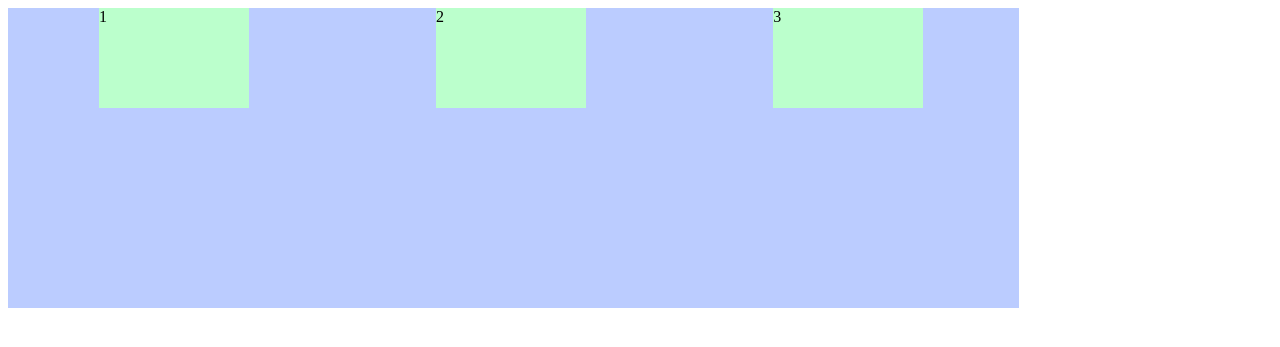
Repository: liutian97/learn1
Page: 移动端web开发/代码/2. Flex 伸缩布局/01-flex布局体验.html
These files come from the project's save history. The page is drawn as it stood at one moment and after the next save; the edit follows.
The browser window is 1280 px wide. The pictures show the whole page.

Above is the page before, as saved 2022-07-02 16:24:54.

### 移动端web开发/代码/2. Flex 伸缩布局/01-flex布局体验.html
<!DOCTYPE html>
<html lang="en">

<head>
  <meta charset="UTF-8">
  <meta http-equiv="X-UA-Compatible" content="IE=edge">
  <meta name="viewport" content="width=device-width, initial-scale=1.0">
  <title>Document</title>
  <style>
    div{
      width: 80%;
      height: 300px;
      background-color: #bcf;
      display: flex;
      justify-content:space-around
    }
    div span {
      width: 150px;
      height: 100px;
      margin-right: 5px;
      background-color: #bfc;
      fflext

    }
  </style>
</head>

<body>
  <div>
    <span>1</span>
    <span>2</span>
    <span>3</span>
  </div>
</body>

</html>



<!-- <!DOCTYPE html>
<html lang="en">

<head>
  <meta charset="UTF-8">
  <meta name="viewport" content="width=device-width, initial-scale=1.0">
  <meta http-equiv="X-UA-Compatible" content="ie=edge">
  <title>Document</title>
  <style>
    div {
      display: flex;
      width: 80%;
      height: 300px;
      background-color: pink;
      justify-content: space-around;
    }

    div span {
      /* width: 150px; */
      height: 100px;
      background-color: purple;
      margin-right: 5px;
      flex: 1;
    }
  </style>
</head>

<body>
  <div>
    <span>1</span>
    <span>2</span>
    <span>3</span>
  </div>
</body>

</html> -->

After the next save:
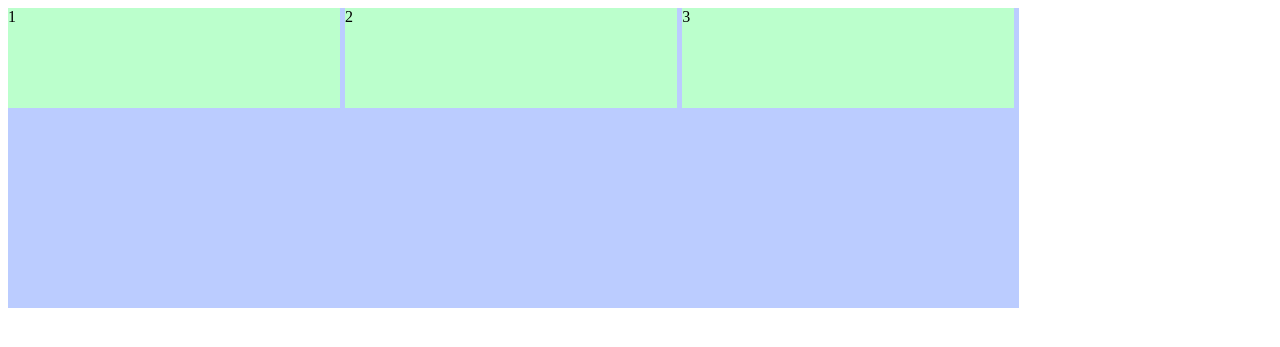
Saved 5 s later.
--- a/移动端web开发/代码/2. Flex 伸缩布局/01-flex布局体验.html
+++ b/移动端web开发/代码/2. Flex 伸缩布局/01-flex布局体验.html
@@ -7,19 +7,20 @@
   <meta name="viewport" content="width=device-width, initial-scale=1.0">
   <title>Document</title>
   <style>
-    div{
+    div {
       width: 80%;
       height: 300px;
       background-color: #bcf;
       display: flex;
-      justify-content:space-around
+      justify-content: space-around
     }
+
     div span {
       width: 150px;
       height: 100px;
       margin-right: 5px;
       background-color: #bfc;
-      fflext
+      flex: 1;
 
     }
   </style>
